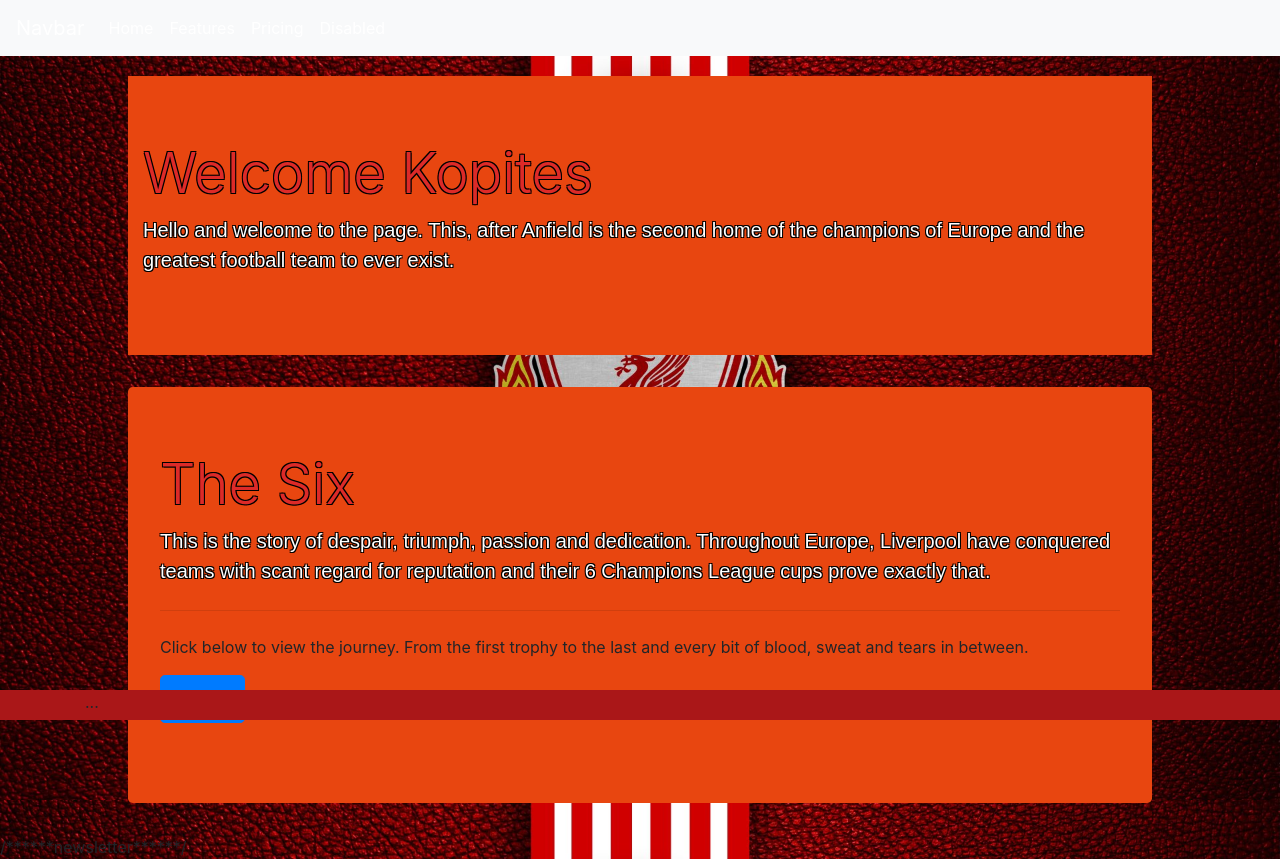
Repository: DalyAD/allez-2
Page: index.html
The author's editor kept a record of every edit. The page is drawn from the files as they stood at one moment, then again after the next edit.
The browser window is 1280 px wide. The pictures show the whole page.
Backgrounds fixed to the window are drawn as part of the page.

Above is the page before.

After the next edit:
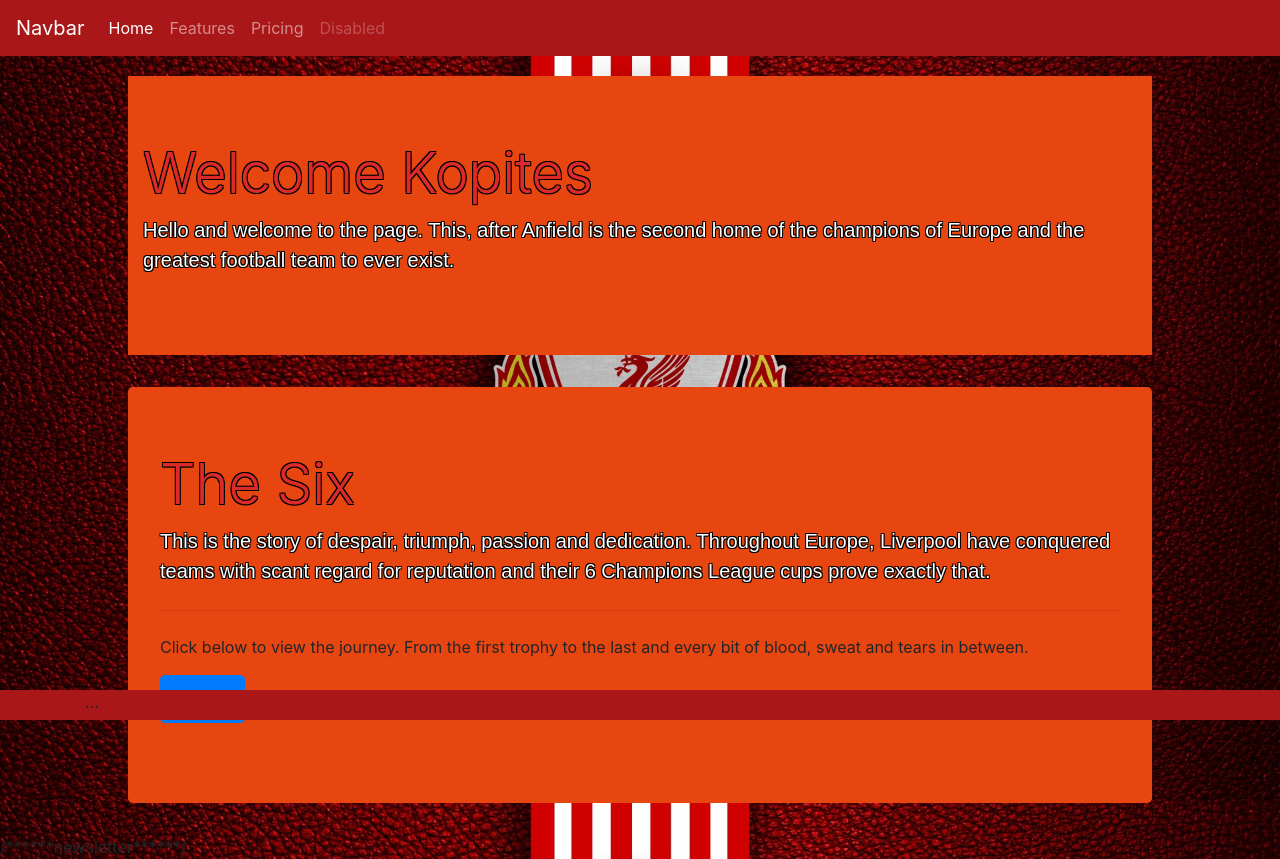
The edit:
--- a/index.html
+++ b/index.html
@@ -13,7 +13,7 @@
 
 <body>
     <header>
-        <nav class="navbar navbar-expand-lg navbar-light bg-light">
+        <nav class="navbar navbar-expand-lg navbar-dark">
             <a class="navbar-brand" href="index.html">Navbar</a>
             <button class="navbar-toggler" type="button" data-toggle="collapse" data-target="#navbarNavAltMarkup" aria-controls="navbarNavAltMarkup" aria-expanded="false" aria-label="Toggle navigation">
                 <span class="navbar-toggler-icon"></span>
